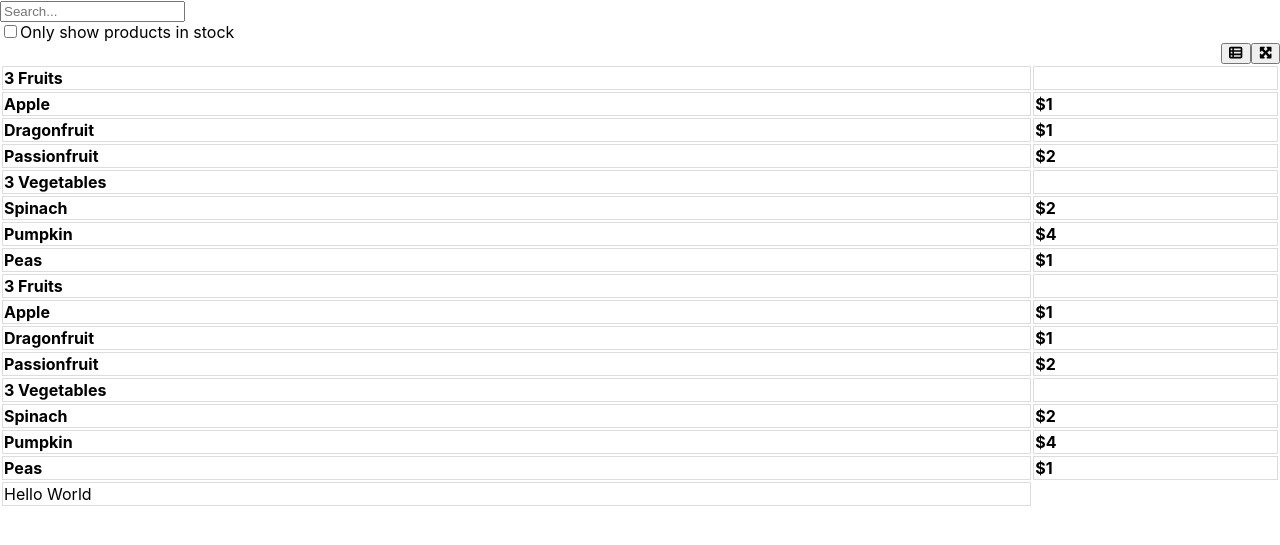
Repository: mariocapitbrok/reactjs-learn
Page: / (app in 05_filtered-data-table/)
An editor plug-in stored every save of this project. The page is shown before and after the next save, followed by the edit.
The browser window is 1280 px wide. The pictures show the whole page.
The project was rebuilt for these pictures with package versions that can differ from the ones it lists, and the page was loaded fresh each time. Also part of the build but not shown: 05_filtered-data-table/src/components/Table/Caption.jsx, 05_filtered-data-table/src/components/Table/TBody.jsx, 05_filtered-data-table/src/components/Table/TFoot.jsx, 05_filtered-data-table/src/components/Table/Tr.jsx, 05_filtered-data-table/src/components/Table/Th.jsx.

Above is the page before, as saved 2023-02-28 13:41:36.

### 05_filtered-data-table/src/App.js
import SearchInput from './components/SearchInput'
import ToogleOption from './components/ToogleOption'
import Table from './components/Table'
import tableData from './data/tableData'
import './App.css'

function App() {
  return (
    <div className="App">
      <SearchInput />
      <ToogleOption />
      <Table id="my-table" data={tableData} />
    </div>
  )
}

export default App

### 05_filtered-data-table/src/components/SearchInput.jsx
function SearchInput() {
  return (
    <div>
      <input type="text" placeholder="Search..." />
    </div>
  )
}

export default SearchInput

### 05_filtered-data-table/src/components/ToogleOption.jsx
function ToogleOption() {
  return (
    <div>
      <label>
        <input type="checkbox" />
        {`Only show products in stock`}
      </label>
    </div>
  )
}

export default ToogleOption

### 05_filtered-data-table/src/components/Table.jsx
import TopMenu from './Table/TopMenu'
import '../App.css'

function Table({ id, classes, data }) {
  let className = classes ? classes : 'capitbrok'
  return (
    <>
      <TopMenu />
      <table id={id} className={className}>
        {data}
      </table>
    </>
  )
}

export default Table

### 05_filtered-data-table/src/data/tableData.js
import Caption from '../components/Table/Caption'
import THead from '../components/Table/THead'
import TBody from '../components/Table/TBody'
import TFoot from '../components/Table/TFoot'
import Tr from '../components/Table/Tr'
import Th from '../components/Table/Th'
import Td from '../components/Table/Td'

const products = require('./products')
const groupData = require('../components/Table/helpers/groupData')
const createUniqueKey = require('../components/Table/helpers/createUniqueKey')

const headers = {
  name: null,
  price: null,
}

let rows = []
let jsxHeaderRows = []

const categories = groupData(products, 'category').map(i => ({
  category: `${i.itemsCount} ${i.category}`,
  itemsCount: ``,
  items: i.items,
}))
categories.forEach(c => {
  const { items, ...rest } = c
  rows.push({ ...rest })
  rows.push(...items.map(i => ({ name: i.name, price: i.price })))
})

jsxHeaderRows.push(...createRows(rows, true))

/* console.log(createUniqueKey())
console.log(rows)
console.log(jsxHeaderRows) */

const tableData = (
  <>
    <THead>{jsxHeaderRows}</THead>
    <THead jsxRows={jsxHeaderRows} />
    <tbody>
      <tr>
        <Td>Hello World</Td>
      </tr>
    </tbody>
  </>
)

export default tableData

function createRows(rows, isHeader = false) {
  return rows.map(row => {
    const cells = createCells(row, isHeader)
    return <tr key={row.id || createUniqueKey()}>{cells}</tr>
  })
}

function createCells(row, isHeader = false) {
  return Object.entries(row).map(([key, value]) => {
    if (!Array.isArray(value)) {
      if (isHeader) {
        return (
          <th
            key={row.id ? `${row.id}-${key}` : createUniqueKey()}
            className={key}
          >
            {value}
          </th>
        )
      } else {
        return (
          <td
            key={row.id ? `${row.id}-${key}` : createUniqueKey()}
            className={key}
          >
            {value}
          </td>
        )
      }
    } else {
      return null
    }
  })
}

### 05_filtered-data-table/src/App.css

/* Table*/
#my-table {
  width: 100%;
}

#my-table th {
  text-align: left;
}

#my-table th, #my-table td {
  border: 1px solid #ddd;
}

td.price {
  text-align: right;
}

th {
  text-transform: capitalize;
}

th.description {
  min-width: 300px;
}

.image {
  max-width: 300px;
  overflow-wrap: break-word;
}

/* Table header menu */
.top-menu {
  float: right;
}

### 05_filtered-data-table/src/components/Table/TopMenu.jsx
import { FontAwesomeIcon } from '@fortawesome/react-fontawesome'
import { faMaximize, faTableList } from '@fortawesome/free-solid-svg-icons'
import '../../App.css'

function TopMenu() {
  return (
    <div className="top-menu">
      <button className="densityBtn">
        <FontAwesomeIcon icon={faTableList} />
      </button>
      <button className="fullScreenBtn">
        <FontAwesomeIcon icon={faMaximize} />
      </button>
    </div>
  )
}

export default TopMenu

### 05_filtered-data-table/src/components/Table/THead.jsx
function THead({ jsxRows, children, ...restProps }) {
  return (
    <thead {...restProps}>
      {jsxRows}
      {children}
    </thead>
  )
}

export default THead

### 05_filtered-data-table/src/components/Table/Td.jsx
function Td({ key, children, classes }) {
  let className = classes ? classes : 'capitbrok'

  return (
    <td key={key} className={className}>
      {children}
    </td>
  )
}

export default Td

### 05_filtered-data-table/src/data/products.js
const PRODUCTS = [
  { category: 'Fruits', price: '$1', stocked: true, name: 'Apple' },
  { category: 'Fruits', price: '$1', stocked: true, name: 'Dragonfruit' },
  { category: 'Fruits', price: '$2', stocked: false, name: 'Passionfruit' },
  { category: 'Vegetables', price: '$2', stocked: true, name: 'Spinach' },
  { category: 'Vegetables', price: '$4', stocked: false, name: 'Pumpkin' },
  { category: 'Vegetables', price: '$1', stocked: true, name: 'Peas' },
]

module.exports = PRODUCTS

### 05_filtered-data-table/src/components/Table/helpers/groupData.js
function groupData(data, categoryFieldName) {
  const categories = []

  data.forEach(item => {
    const categoryValue = item[categoryFieldName]

    if (!Array.isArray(categoryValue)) {
      const index = categories.findIndex(
        category => category.category === categoryValue
      )

      if (index === -1) {
        categories.push({
          category: categoryValue,
          items: [item],
          itemsCount: 1,
        })
      } else {
        categories[index].items.push(item)
        categories[index].itemsCount += 1
      }
    } else {
      categoryValue.forEach(value => {
        const index = categories.findIndex(
          category => category.category === value
        )

        if (index === -1) {
          categories.push({
            category: value,
            items: [item],
            itemsCount: 1,
          })
        } else {
          categories[index].items.push(item)
          categories[index].itemsCount += 1
        }
      })
    }
  })

  const categoriesB = categories.map(category => ({
    ...category,
    items: category.items.map(item => {
      const { [categoryFieldName]: ignored, ...rest } = item
      return rest
    }),
  }))

  return categoriesB
}

module.exports = groupData

### 05_filtered-data-table/src/components/Table/helpers/createUniqueKey.js
function createUniqueKey() {
  const randomStr = Math.random().toString(36).slice(2, 11)
  return `${randomStr}`
}

module.exports = createUniqueKey

Loaded but not shown: 05_filtered-data-table/public/index.html (common file); 05_filtered-data-table/src/index.js (common file); 05_filtered-data-table/src/index.css (common file); 05_filtered-data-table/src/reportWebVitals.js (common file)

After the next save:
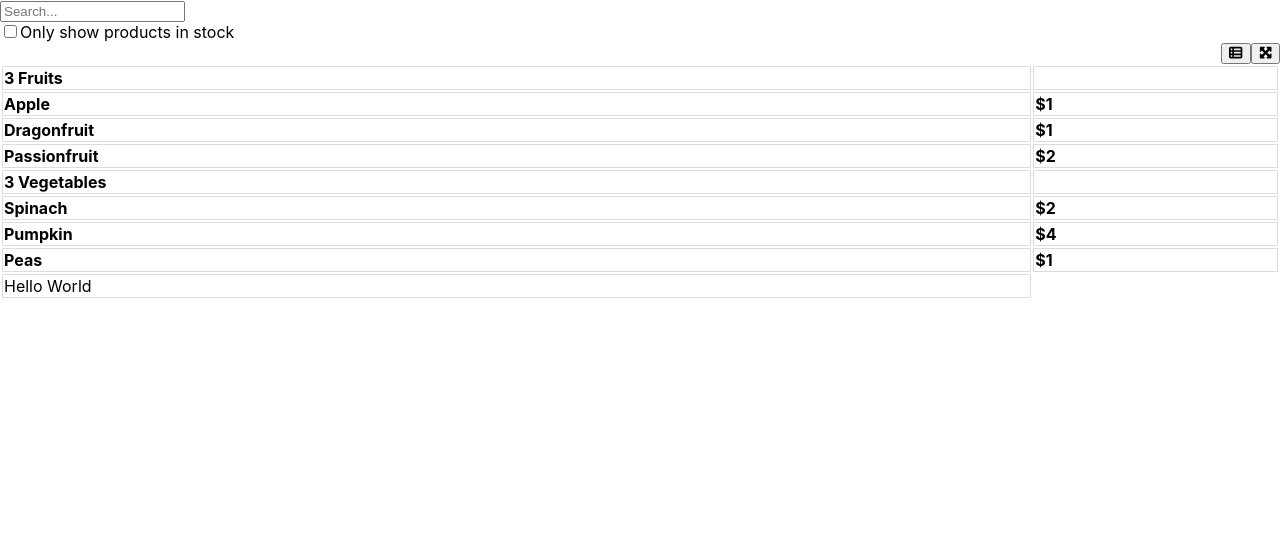
Saved 8 s later.
--- a/05_filtered-data-table/src/data/tableData.js
+++ b/05_filtered-data-table/src/data/tableData.js
@@ -38,7 +38,7 @@
 const tableData = (
   <>
     <THead>{jsxHeaderRows}</THead>
-    <THead jsxRows={jsxHeaderRows} />
+
     <tbody>
       <tr>
         <Td>Hello World</Td>

After the 3 saves that followed:
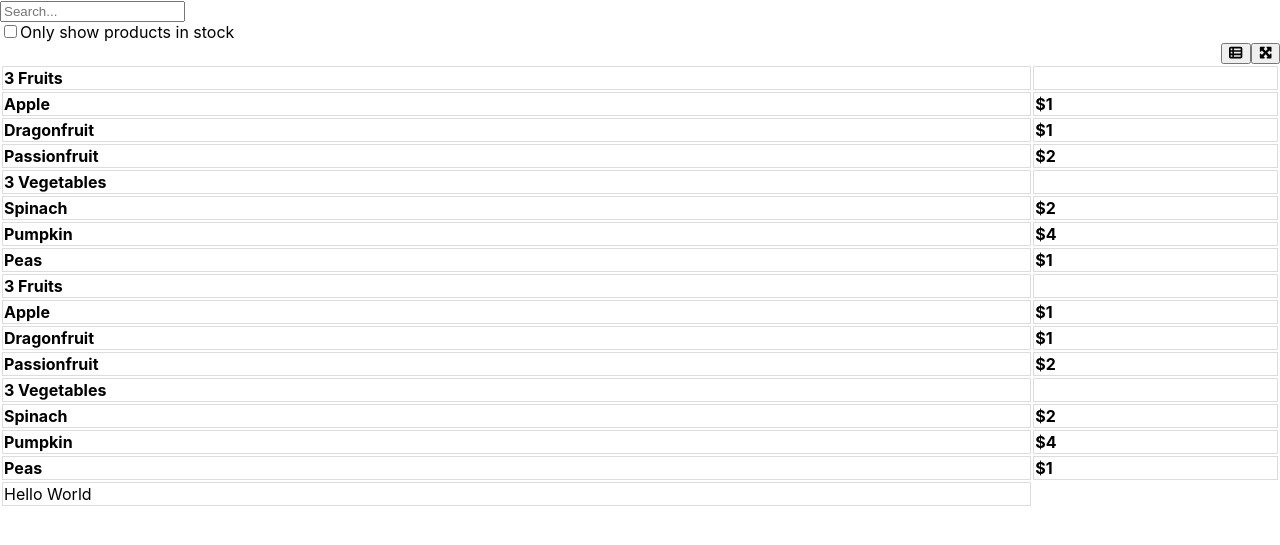
The 3 saves are shown as one change because 2 left the picture as it was.
The last was saved 6 min 23 s later.
--- a/05_filtered-data-table/src/data/tableData.js
+++ b/05_filtered-data-table/src/data/tableData.js
@@ -38,7 +38,7 @@
 const tableData = (
   <>
     <THead>{jsxHeaderRows}</THead>
-
+    <THead jsxRows={jsxHeaderRows} />
     <tbody>
       <tr>
         <Td>Hello World</Td>
